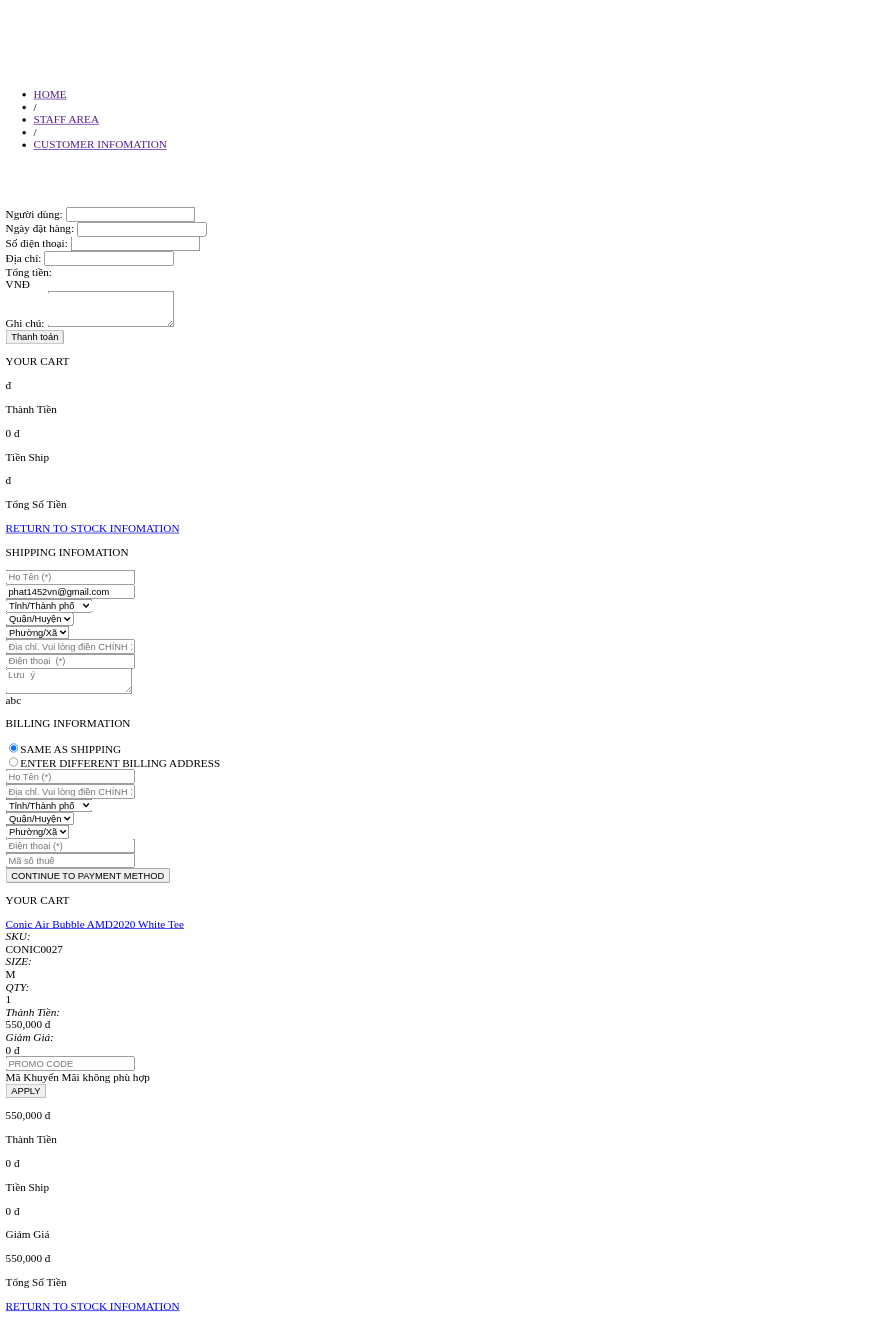
Repository: nguyengiabao245/NHOM3_C2
Page: http://localhost/DoAnJava/WEB-INF/views/order/checkout.jsp
These files come from the project's save history. The page is drawn as it stood at one moment and after the next save; the edit follows.
The browser window is 1280 px wide. The pictures show the whole page, at 70% of full size.
The page is served by Tomcat 9. Nobody is signed in. The template is opened directly, without the code that normally fills it, so the values that code supplies are empty.

Above is the page before, as saved 2022-05-15 11:35:27.

After the next save:
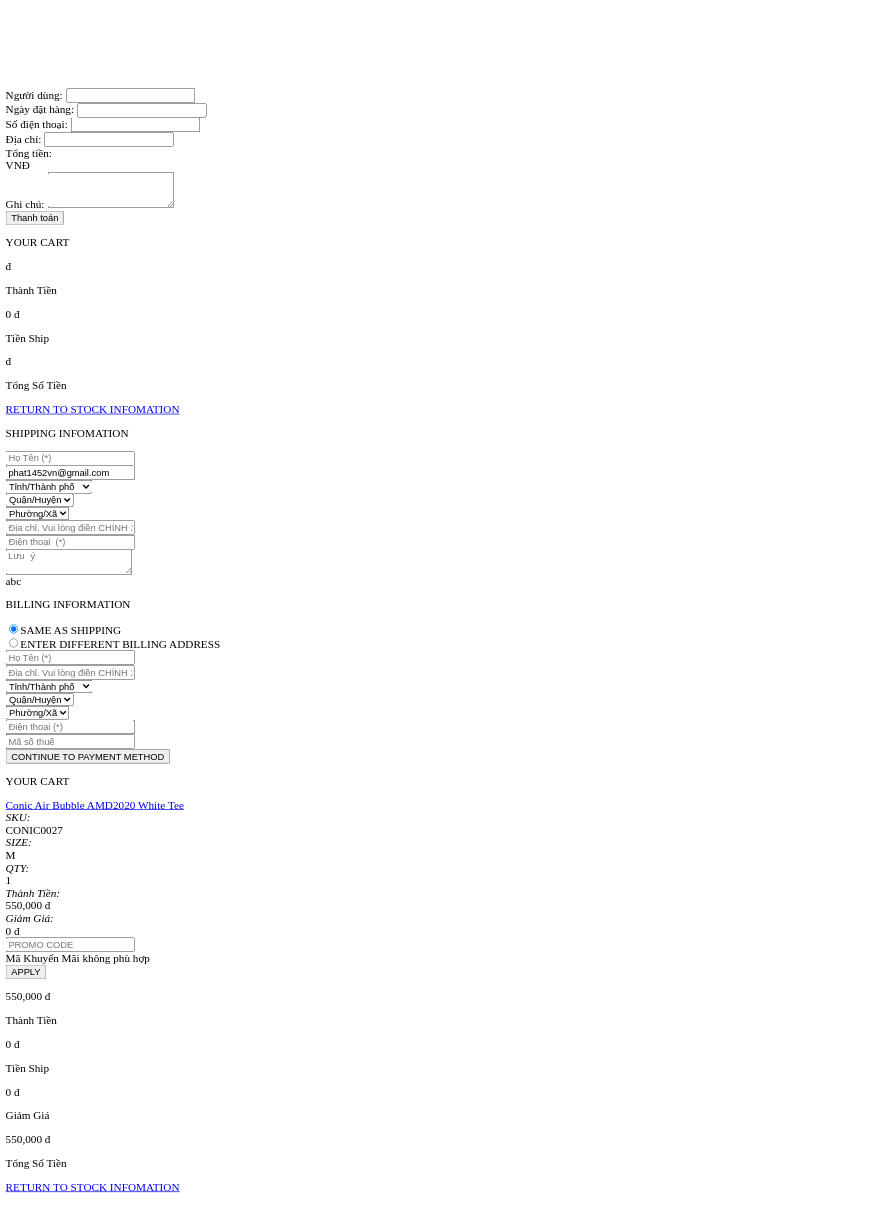
Saved 57 s later.
--- a/DoAnJava/src/main/webapp/WEB-INF/views/order/checkout.jsp
+++ b/DoAnJava/src/main/webapp/WEB-INF/views/order/checkout.jsp
@@ -15,15 +15,7 @@
 				<div class="checkout__infor">
 					<div class="checkout__infor__user step-checkout">
 
-						<div>
-							<ul class="breakcum">
-								<li><a href="">HOME</a></li>
-								<li><span>/</span></li>
-								<li><a href="">STAFF AREA</a></li>
-								<li><span>/</span></li>
-								<li><a href="">CUSTOMER INFOMATION</a></li>
-							</ul>
-						</div>
+
 
 						<div class="dang-nhap" style="margin-top:80px">
 
